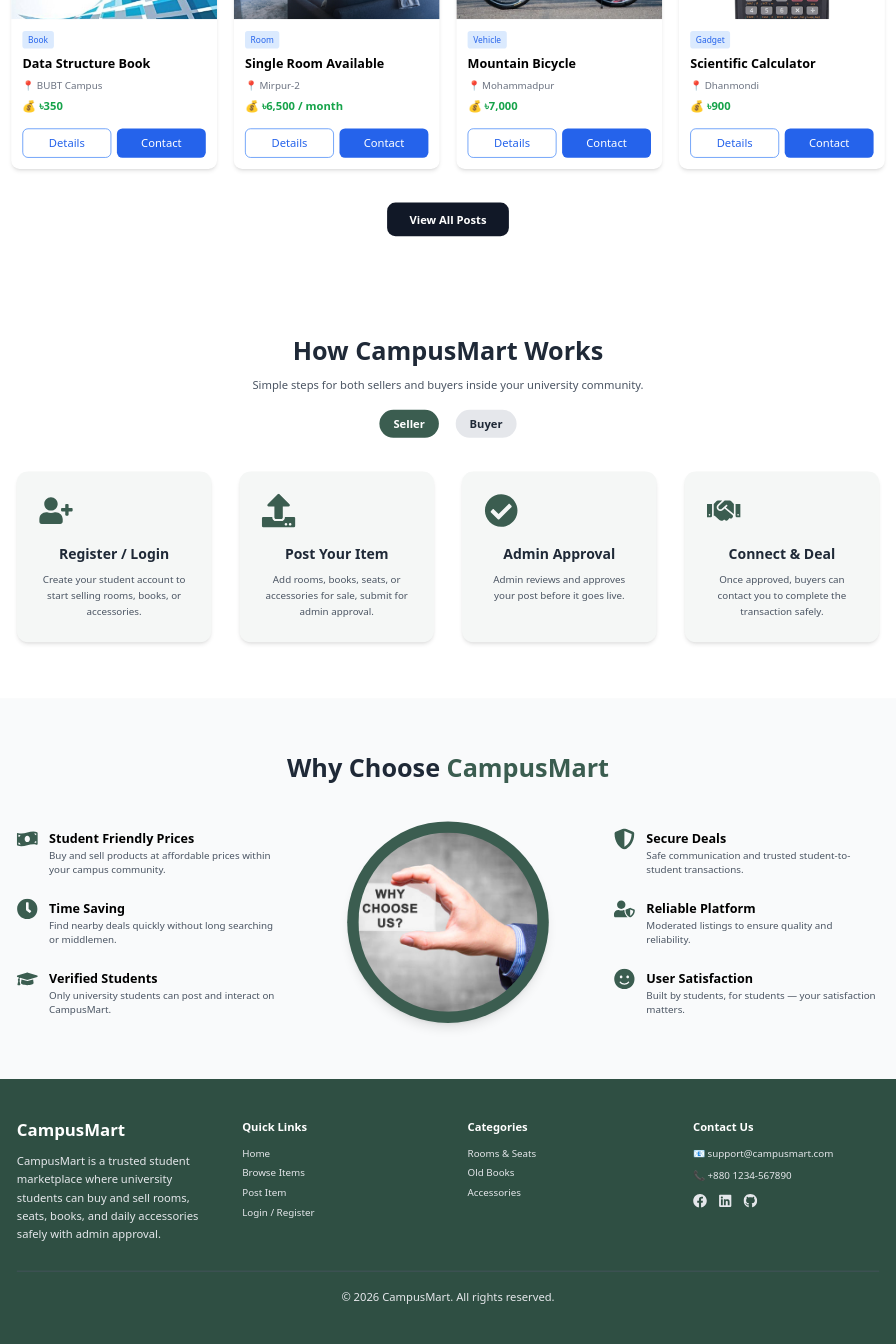
Repository: jahidhasanri/CAMPUSMART
Page: /
These files come from the project's save history. The page is drawn as it stood at one moment and after the next save; the edit follows.
The browser window is 1280 px wide. The pictures show the part of the page from y = 1509 to 3429 px (the page is 3429 px tall), at 70% of full size.
The project was rebuilt for these pictures with package versions that can differ from the ones it lists, and the page was loaded fresh each time. Also part of the build but not shown: vite.config.js, src/Pages/Login.jsx, src/Pages/Register.jsx, src/Pages/Posts.jsx.

Above is the page before, as saved 2026-01-18 23:53:37.

After the next save:
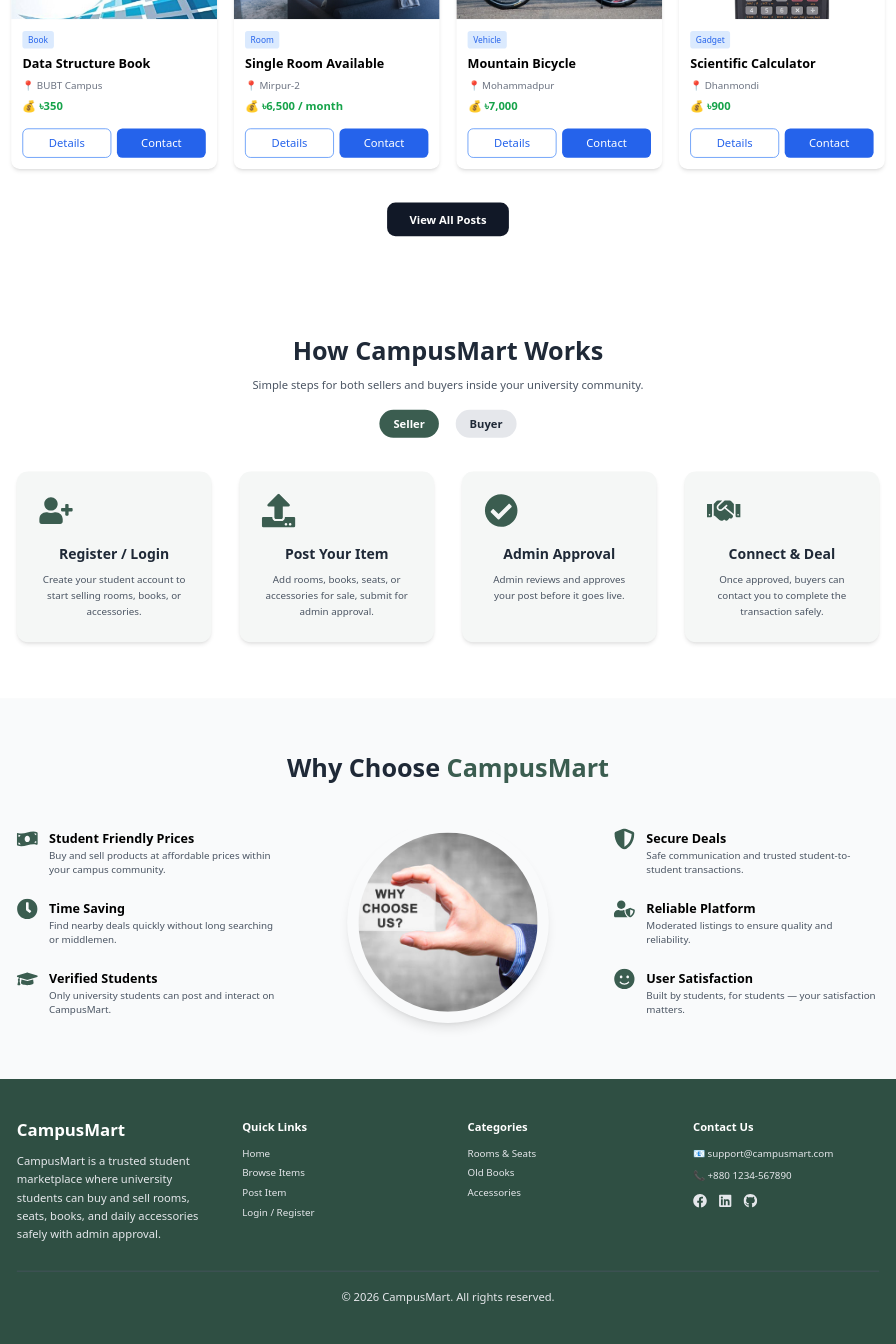
Saved 25 s later.
--- a/src/components/WhyChooseUs.jsx
+++ b/src/components/WhyChooseUs.jsx
@@ -62,7 +62,7 @@ const WhyChooseUs = () => {
 
           {/* Center Image */}
           <div className="flex justify-center">
-            <div className="w-72 h-72 rounded-full bg-[#3b5d50] flex items-center justify-center shadow-lg">
+            <div className="w-72 h-72 rounded-full  flex items-center justify-center shadow-lg">
               <img
                 src="/images/whyChooseUs.jpg" // change image
                 alt="CampusMart Student"
